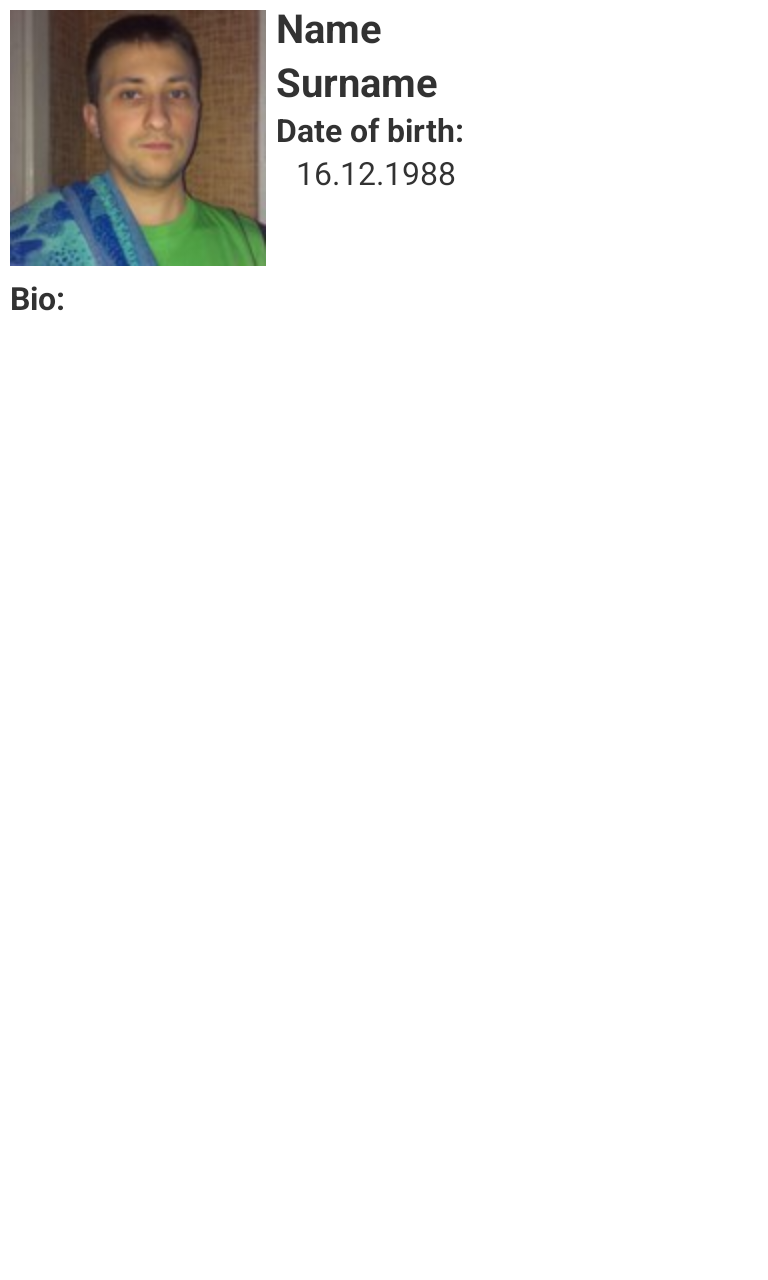
Repository: VanchT/42-test-ivtolkachev
Layout: FacebookFriends/res/layout/activity_main.xml
An editor plug-in stored every save of this project. The layout is shown before and after the next save, followed by the edit.
It is drawn on a 768 x 1280 px phone screen (xhdpi) without system bars, with theme AppTheme; the app's code is not run.

Above is the layout before, as saved 2013-01-09 08:54:43.

After the next save:
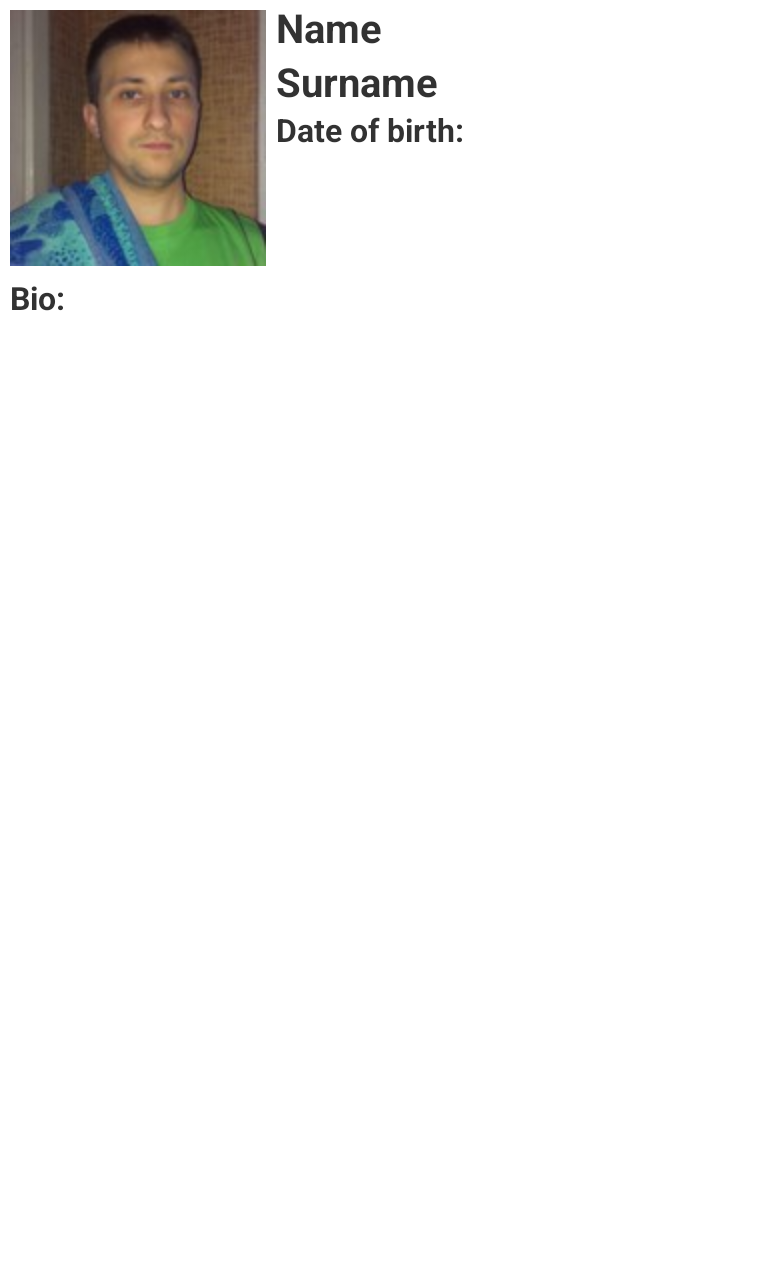
Saved 11 s later.
--- a/FacebookFriends/res/layout/activity_main.xml
+++ b/FacebookFriends/res/layout/activity_main.xml
@@ -53,7 +53,6 @@
         android:layout_below="@id/birthday_me_lable"
         android:layout_marginLeft="10dp"
         android:textSize="16sp"
-        android:text="16.12.1988"
         />
 
  <TextView
